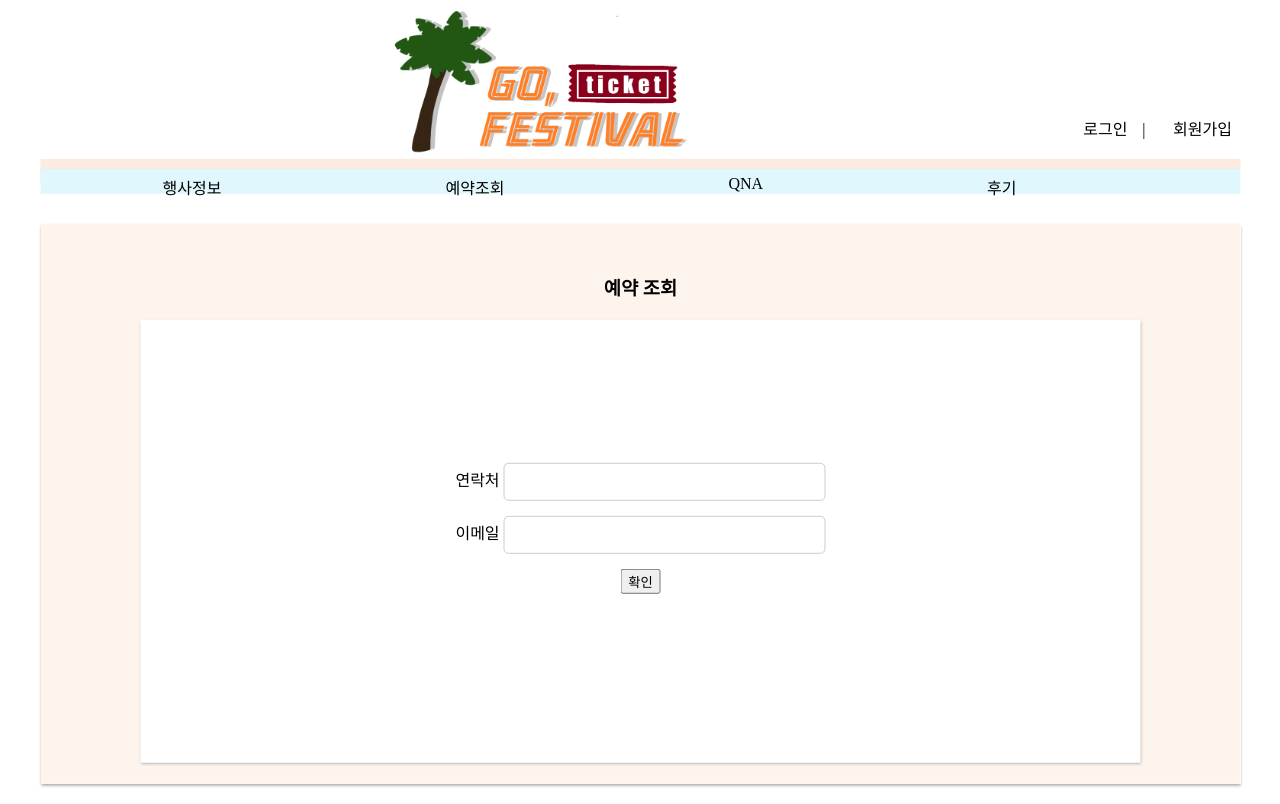
Repository: Changgyu1/Chang_Gu
Page: http://localhost/Project/findEmail.jsp
The author's editor kept a copy of each file at every save. The page is drawn from the files as they stood at one save, then again after the next save.
The browser window is 1280 px wide. The pictures show the whole page.
Some web fonts or font styles are not loaded; a fallback is used. The page is served by Tomcat 9. Other server files are loaded and not shown.

Above is the page before, as saved 2023-11-16 06:13:53.

### Project/src/main/webapp/findEmail.jsp
<%@ page language="java" contentType="text/html; charset=UTF-8"
	pageEncoding="UTF-8"%>
<!DOCTYPE html>
<html>

<head>
<title>GO, FESTIVAL 예약조회</title>
<link rel="stylesheet" href="./hjCss/main.css">
<link rel="stylesheet" href="./hjCss/reservationSearchInfo.css">
</head>

<body>
	<!-- 이미지 로고 -->
	<img src="./image/로고1.png" id="logo">

	<!--로그인 버튼-->
	<div style="text-align: right; width: 1215px;">
		<%
		if (session.getAttribute("email") != null) {
		%>
		<button type="button" onclick="location.href='logout.jsp'"
			style="width: 75px;">로그아웃</button>
		<h>|</h>
		<button type="button" onclick="location.href='mypage.jsp'"
			style="width: 100px;">마이페이지</button>
		<%
		} else {
		%>
		<button type="button" onclick="location.href='login.jsp'"
			style="width: 60px;">로그인</button>
		<h>|</h>
		<button type="button" onclick="location.href='register.jsp'"
			style="width: 100px;">회원가입</button>
		<%
		}
		%>

		<!-- 메뉴바 -->
		<div id="buttons">
			<ul>
				<li onclick="location.href='review_list.jsp'">후기</li>
				<li onclick="location.href='Qna_List.jsp'">QNA</li>
				<li onclick="location.href='reservation_search.jsp'">예약조회</li>
				<li onclick="location.href='Event_List.jsp'">행사정보</li>
			</ul>
		</div>


		<div id="background">
			<h3 style="text-align: center; padding-top: 20px;">예약 조회</h3>
			<div id="reviewbox">
				<!-- 예약정보 조회란 -->
				<div id="r_search">
					<form action="" method="post">

						<label for="phoneNumber">연락처</label>
						<input type="text" id="phoneNumber" name="phoneNumber" required><br>

						<label for="findEmail">이메일</label>
						<input type="email" id="findEmail" name="findEmail" required><br>

						<input type="submit" value="확인">
					</form>
				</div>
			</div>
		</div>
</body>
</html>

### Project/src/main/webapp/hjCss/main.css
@font-face {
    font-family: 'NanumSquareNeo-Variable';
    src: url('https://cdn.jsdelivr.net/gh/projectnoonnu/noonfonts_11-01@1.0/NanumSquareNeo-Variable.woff2') format('woff2');
    font-weight: normal;
    font-style: normal;
}

    *{
    font-family: 'NanumSquareNeo-Variable';
    }

     body{
 	   	 position: absolute;
            padding: 20px;
            top: 50%;
            left: 50%;
            transform: translate(-50%, -50%);
    }



    #logo{
        width:300px;
        margin-left:350px;
        margin-bottom:-56px;
        margin-top:50px;
    }


       #searchbox{
     margin-right:100px;
        }


    #buttons{
        background:rgba(150, 230, 248, 0.295);
        height: 25px;
        width: 1200px;
        box-shadow: 0px -10px 0px rgba(249, 220, 201, 0.575);
        margin-top: 25px;

    }

    button{
        border:none;
        background:none;
        margin: 3px;
        font-size: 16px;
        width: 250px;

    }

    #background{
        background-color:rgba(249, 220, 201, 0.326);
        width: 1200px;
        height: 550px;
        margin-top: 30px;

        box-shadow: 0px 2px 3px rgb(161, 160, 159);
        padding-top:10px;

    }



    #reviewbox{

    	padding-top:20px;
    	max-width: 1000px;
        height: 450px;
        margin-left:auto;
        margin-right:auto;
        background-color: #ffffff;
        text-align:center;
        box-shadow: 0px 1px 3px rgb(161, 160, 159);
        margin-top : 20px;


    }


    #review{
    margin:10px;
    width:700px;
    height:250px;

    }

    #review_title{
    margin:10px;
     width:700px;
    height:30px;

    }



    h2{
    font-family: 'NanumSquareNeo-Variable';
 	margin-top:0px;
    text-align: center;
    }


    #list{

            background-color: rgba(149, 150, 149, 0.055);
            border: 1px solid gray;
            border-collapse: collapse;
            padding: 10px;
            width:900px;
            text-align: center;
            margin-left:auto;
   			margin-right:auto;

        }


        th{

            background-color: rgba(161, 161, 161, 0.377);

        }

        th,td{

            border: 1px solid gray;
            padding: 10px;
        }

        #textbox{
        margin-right:100px;
        }

ul{
	list-style:none;
}

### Project/src/main/webapp/hjCss/reservationSearchInfo.css
@font-face {
    font-family: 'NanumSquareNeo-Variable';
    src: url('https://cdn.jsdelivr.net/gh/projectnoonnu/noonfonts_11-01@1.0/NanumSquareNeo-Variable.woff2') format('woff2');
    font-weight: normal;
    font-style: normal;
}

    *{
    font-family: 'NanumSquareNeo-Variable';
    }

     body{
 	   	 position: absolute;
            padding: 20px;
            top: 50%;
            left: 50%;
            transform: translate(-50%, -50%);
    }



    #logo{
        width:300px;
        margin-left:350px;
        margin-bottom:-56px;
        margin-top:50px;
    }


       #searchbox{
     margin-right:100px;
        }


    #buttons{
        background:rgba(150, 230, 248, 0.295);
        height: 25px;
        width: 1200px;
        box-shadow: 0px -10px 0px rgba(249, 220, 201, 0.575);
        margin-top: 25px;

    }

    button{
        border:none;
        background:none;
        margin: 3px;
        font-size: 16px;
        width: 250px;

    }

    #background{
        background-color:rgba(249, 220, 201, 0.326);
        width: 1200px;
        height: 550px;
        margin-top: 30px;

        box-shadow: 0px 2px 3px rgb(161, 160, 159);
        padding-top:10px;

    }



    #reviewbox{

    	padding-top:20px;
    	max-width: 1000px;
        height: 423px;
        margin-left:auto;
        margin-right:auto;
        background-color: #ffffff;
        text-align:center;
        box-shadow: 0px 1px 3px rgb(161, 160, 159);
        margin-top : 20px;


    }


    #review{
    margin:10px;
    width:700px;
    height:250px;

    }

    #review_title{
    margin:10px;
     width:700px;
    height:30px;

    }



    h2{
    font-family: 'NanumSquareNeo-Variable';
 	margin-top:0px;
    text-align: center;
    }


    #list{

            background-color: rgba(149, 150, 149, 0.055);
            border: 1px solid gray;
            border-collapse: collapse;
            padding: 10px;
            width:900px;
            text-align: center;
            margin-left:auto;
   			margin-right:auto;

        }


        th{

            background-color: rgba(161, 161, 161, 0.377);

        }

        th,td{

            border: 1px solid gray;
            padding: 10px;
        }

        #textbox{
        margin-right:100px;
        }


/* 입력 필드 스타일 */
input[type="text"],
input[type="email"],
 input[type="password"]{
    width: 30%;
    padding: 10px;
    margin-bottom: 15px;
    border: 1px solid #ccc;
    border-radius: 5px;
}

ul{
		list-style:none;
	}
li{
		float:right;
		margin: 6px 224px 0px 0;
}


div#r_search {
    margin-top: 123px;
}

li#info{
	list-style:none;
	margin: 0  47px 36px 0;

}

After the next save:
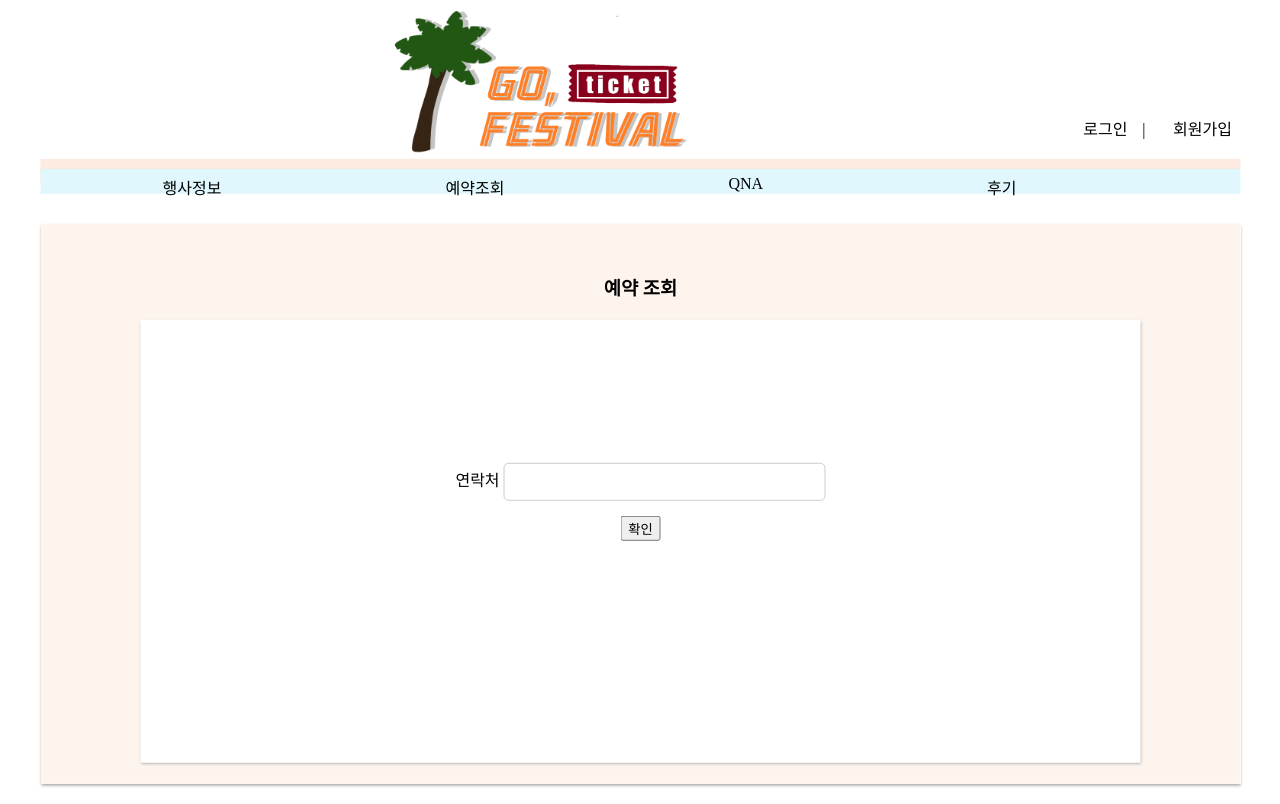
Saved 43 s later.
--- a/Project/src/main/webapp/findEmail.jsp
+++ b/Project/src/main/webapp/findEmail.jsp
@@ -56,9 +56,6 @@
 						<label for="phoneNumber">연락처</label>
 						<input type="text" id="phoneNumber" name="phoneNumber" required><br>
 
-						<label for="findEmail">이메일</label>
-						<input type="email" id="findEmail" name="findEmail" required><br>
-
 						<input type="submit" value="확인">
 					</form>
 				</div>
